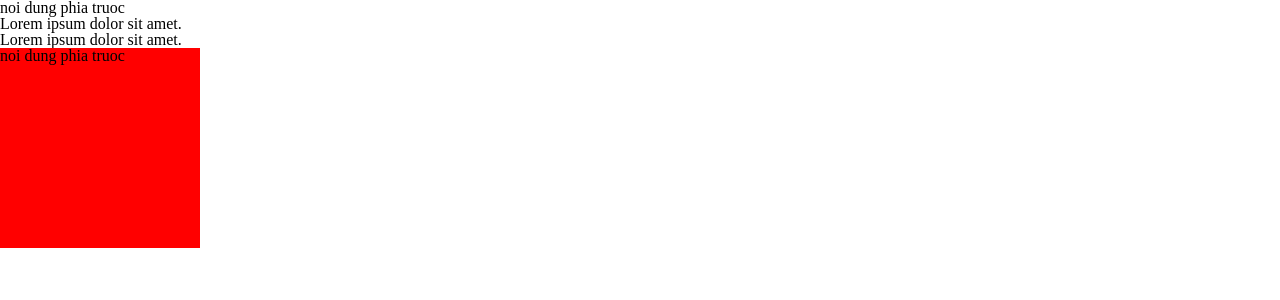
Repository: hoang71299/fe_26
Page: noti/index.html
The author's editor kept a copy of each file at every save. The page is drawn from the files as they stood at one save, then again after a run of saves.
The browser window is 1280 px wide. The pictures show the whole page.

Above is the page before, as saved 2023-04-06 23:58:54.

After the next 4 saves:
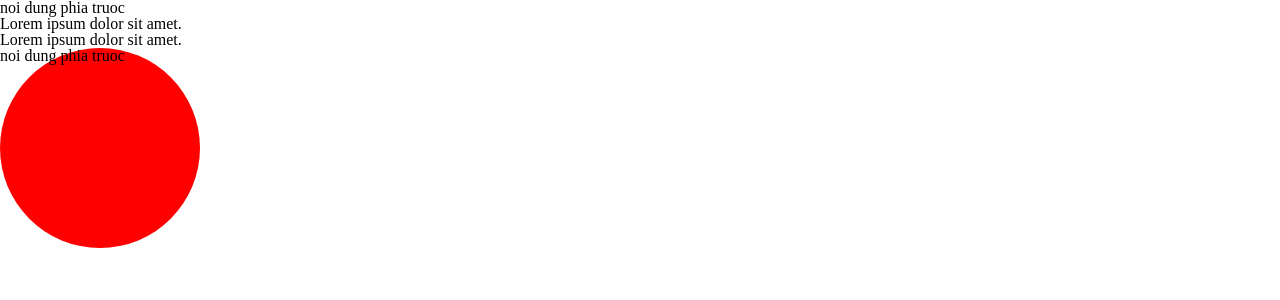
The 4 saves are shown as one change because they came seconds apart.
The last was saved 11 s later.
--- a/noti/style.css
+++ b/noti/style.css
@@ -46,5 +46,5 @@
   width: 200px;
   height: 200px;
   background-color: red;
-  sq
+  border-radius: 100rem;
 }
